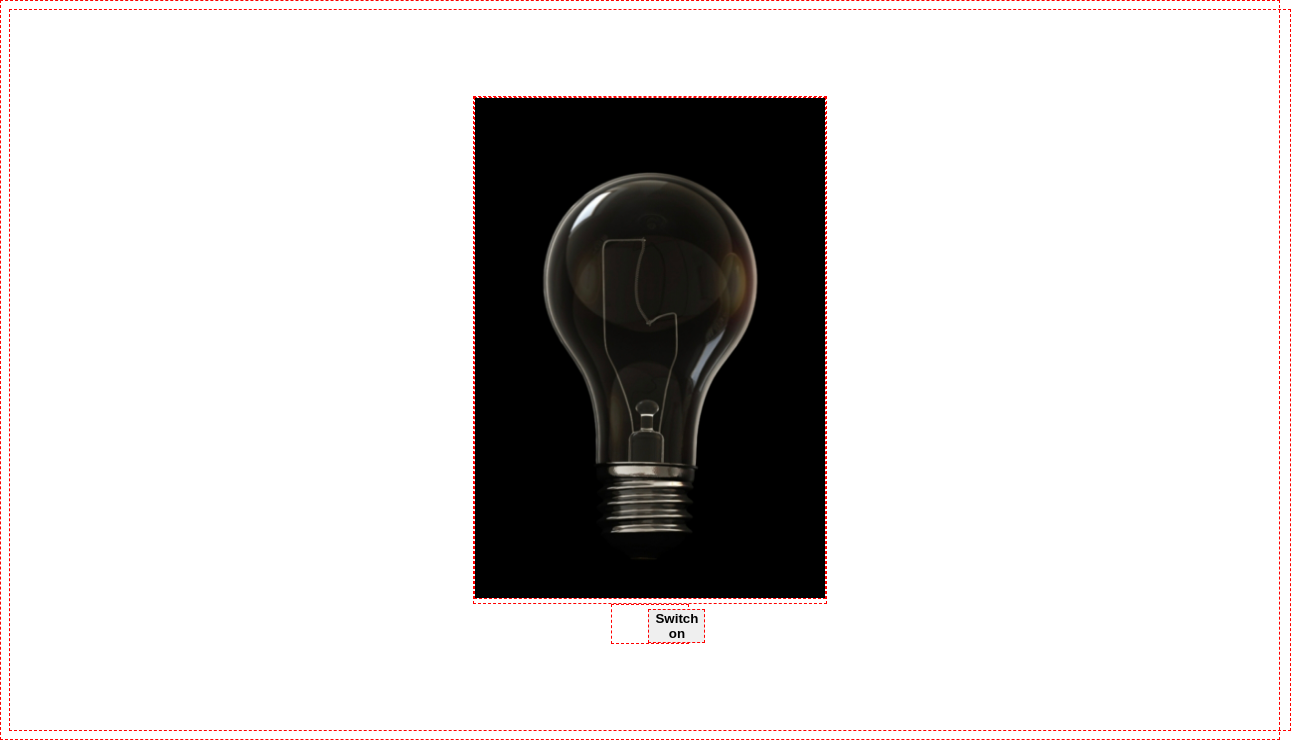
Repository: JunaidAnsari202/bulb
Page: index.html
An editor plug-in stored every save of this project. The page is shown before and after the next save, followed by the edit.
The browser window is 1280 px wide. The page is 1291 px wide, so the pictures cover 1291 px, including what lies to the right of the window. The pictures show the whole page.

Above is the page before, as saved 2023-10-27 17:52:31.

### index.html
<!DOCTYPE html>
<html lang="en">
<head>
    <meta charset="UTF-8">
    <meta name="viewport" content="width=device-width, initial-scale=1.0">
    <title>Document</title>
    <link rel="stylesheet" href="style.css">
</head>
<body>
<div><img id="bulb" src="img/off.jpg" alt="" class="bulb"></div>
   <div> <button id="btn" class="bttn">Switch on</button></div>
</body>

<script>
    let button=document.getElementById('btn')
    let bulb=document.getElementById('bulb')
    button.addEventListener('click',bulbs)
    function bulbs(e){
        if(button.textContent.includes('on')){
            bulb.src="img/off.jpg"
            button.textContent="Turn off"
        }
        else{
            bulb.src="img/on.jpg"
            button.textContent="Turn on"
        }
    }
   </script>
</html>

### style.css
body{
    width: 100vw;
    height: 100vh;
    background-color: #ffffff;
    overflow: hidden;
    display: flex;
    justify-content: center;
    align-items: center;
    flex-direction: column;
}
*{
    border: 1px red dashed;

}
.bulb{
    height: 500px;
    width: 350px;
}


.bttn{
    margin-top: 4%;
    margin-left: 48%;
    font-weight: 800;
}

After the next save:
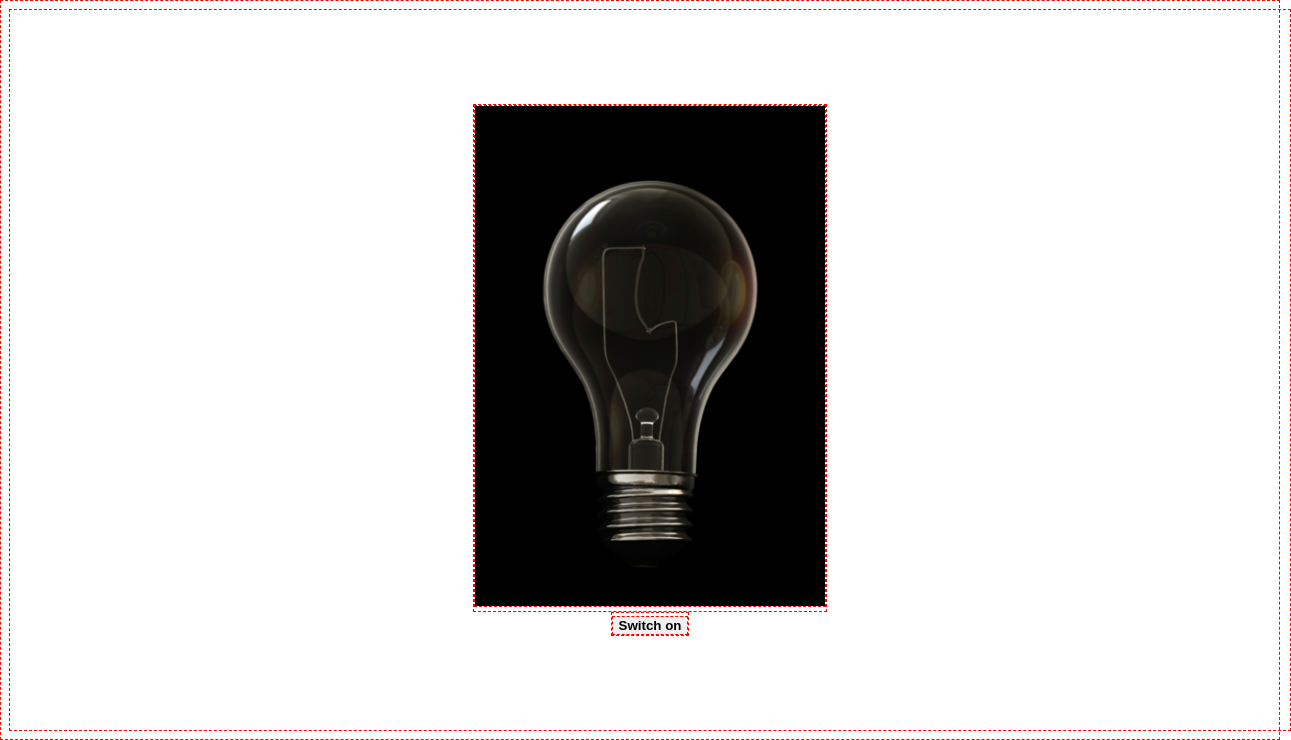
Saved 21 s later.
--- a/style.css
+++ b/style.css
@@ -20,6 +20,6 @@ body{
 
 .bttn{
     margin-top: 4%;
-    margin-left: 48%;
+    margin-left: ;
     font-weight: 800;
 }
